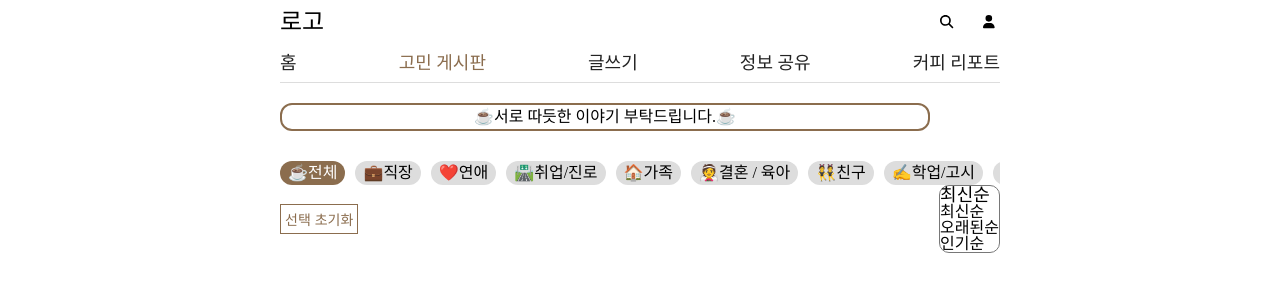
Repository: zlazlazla35/coffee
Page: /list
These files come from the project's save history. The page is drawn as it stood at one moment and after the next save; the edit follows.
The browser window is 1280 px wide. The pictures show the whole page.
Some web fonts or font styles are not loaded; a fallback is used. The project was rebuilt for these pictures with package versions that can differ from the ones it lists, and the page was loaded fresh each time. The framework's server and built-in components were replaced by stand-ins that run in the browser. Also part of the build but not shown: next.config.mjs.

Above is the page before, as saved 2024-12-26 18:25:05.

### src/app/layout.js
import { Geist, Geist_Mono } from "next/font/google";
import "./globals.css";
import Link from "next/link";
import { FontAwesomeIcon } from '@fortawesome/react-fontawesome'
import { faMagnifyingGlass, faUser } from '@fortawesome/free-solid-svg-icons'
import NavMenu from "./component/NavMenu";

const geistSans = Geist({
  variable: "--font-geist-sans",
  subsets: ["latin"],
});

const geistMono = Geist_Mono({
  variable: "--font-geist-mono",
  subsets: ["latin"],
});

export const metadata = {
  title: "Create Next App",
  description: "Generated by create next app",
};

export default function RootLayout({ children }) {
  return (
    <html lang="en">
      <body className={`${geistSans.variable} ${geistMono.variable}`}>
        <div className="nav_bar">
          <div className="nav_bar_top">
            <Link className="logo" href={'/'}>로고</Link>
            <div className="userBox">
              <button>
                <FontAwesomeIcon icon={faMagnifyingGlass} />
              </button>
              <button>
                <FontAwesomeIcon icon={faUser} />
              </button>
            </div>
          </div>
          <div className="nav_bar_bottom">
          <NavMenu></NavMenu>
          </div>
        </div>
        {children}
      </body>
    </html>
  );
}

### src/app/list/page.js
'use client'
import { useState } from "react"

export default function List() {
    let [tagList, setTagList] = useState(['☕전체', '💼직장', '❤️연애', '🛣️취업/진로', '🏠가족', '👰결혼 / 육아', '👯친구', '✍️학업/고시', '🚫중독', '💰사업 / 금전', '💉질병 / 질환']);
    let [tagActive, setTagActive] = useState([true, false, false, false, false, false, false, false, false, false, false])







    return (
        <div className="liset_page">
            <div className="top_border">
                ☕서로 따듯한 이야기 부탁드립니다.☕
            </div>
            <div className="tag">
                <ul className="tag_list">
                    {
                        tagList.map((item, i) => {

                            return (
                                <li className={tagActive[i] == true ? 'on' : null} key={i} onClick={(e) => {
                                    let copy = [...tagActive];

                                    if (copy[i] == false) {
                                        copy[i] = true;
                                        setTagActive(copy);
                                    } else {
                                        copy[i] = false;
                                        setTagActive(copy);
                                    }

                                    if (e.target.innerHTML !== '☕전체') {
                                        copy[0] = false;
                                        setTagActive(copy);
                                    } else {
                                        let copy2 = [true, false, false, false, false, false, false, false, false, false, false];
                                        setTagActive(copy2);
                                    }
                                }} >{item}</li>
                            )
                        })
                    }
                </ul>
            </div>
            <div className="filterBox">
                <button className="tag_reset">선택 초기화</button>
                <div className="filterSelectBox">
                    <h2 className="title">최신순</h2>
                    <ul className="filterSelect">
                        <li>최신순</li>
                        <li>오래된순</li>
                        <li>인기순</li>
                    </ul>
                </div>
            </div>
        </div>
    )
}

//

### src/app/globals.css
@font-face {
    font-family: 'Ownglyph_StudyHard-Rg';
    src: url('https://fastly.jsdelivr.net/gh/projectnoonnu/2411-3@1.0/Ownglyph_StudyHard-Rg.woff2') format('woff2');
    font-weight: normal;
    font-style: normal;
}
/* /styles/reset.css */
body {font-family: 'Ownglyph_StudyHard-Rg' !important;}
html, body, div, span, applet, object, iframe,
h1, h2, h3, h4, h5, h6, p, blockquote, pre,
a, abbr, acronym, address, big, cite, code,
del, dfn, em, img, ins, kbd, q, s, samp,
small, strike, strong, sub, sup, tt, var,
b, u, i, center,
dl, dt, dd, ol, ul, li,
fieldset, form, label, legend,
table, caption, tbody, tfoot, thead, tr, th, td,
article, aside, canvas, details, embed,
figure, figcaption, footer, header, hgroup,
menu, nav, output, ruby, section, summary,
time, mark, audio, video {
	margin: 0;
	padding: 0;
	border: 0;
	font-size: 100%;
	font: inherit;
	vertical-align: baseline;
}
/* HTML5 display-role reset for older browsers */
article, aside, details, figcaption, figure,
footer, header, hgroup, menu, nav, section {
	display: block;
}
body {
	line-height: 1;
}
ol, ul {
	list-style: none;
}
blockquote, q {
	quotes: none;
}
blockquote:before, blockquote:after,
q:before, q:after {
	content: '';
	content: none;
}
table {
	border-collapse: collapse;
	border-spacing: 0;
}
input:focus {outline: none;}
a {text-decoration: none; color: inherit;}


.nav_bar {width: 100%; max-width: 720px; margin: 0 auto;}
.nav_bar .nav_bar_top {width: 100%; display: flex; align-items: center; justify-content: space-between; box-sizing: border-box; padding: 10px 0; }
.nav_bar .nav_bar_top .logo {font-size: 24px; }
.nav_bar .nav_bar_top .userBox {display: flex; align-items: center;}
.nav_bar .nav_bar_top .userBox button {width: 22px; display: block; background: none; border: none; padding: 0;}
.nav_bar .nav_bar_top .userBox button {margin-right: 20px;}
.nav_bar .nav_bar_top .userBox button:last-child {margin-right: 0;}
.nav_bar .nav_bar_bottom {width: 100%; }
.nav_bar .nav_bar_bottom .nav_list {display: flex; align-items: center; justify-content: space-between; box-sizing: border-box; padding: 10px 0; border-bottom: 1px solid #ddd;}
.nav_bar .nav_bar_bottom .nav_list li { font-size: 18px; color: #232323; }
.nav_bar .nav_bar_bottom .nav_list li a.active {color: #8b6d4e; }


.liset_page {width: 100%; max-width: 720px; margin: 0 auto;}
.liset_page .top_border {width: 100%; max-width: 650px; border: 2px solid #8b6d4e; border-radius: 12px; display: flex; align-items: center; justify-content: center; font-size: 16px; box-sizing: border-box; padding: 4px; margin: 20px 0 30px;}
.liset_page .tag {width: 100%;}
.liset_page .tag .tag_list {width: 100%; display: flex; align-items: center; white-space: nowrap; overflow-x: scroll;}
.liset_page .tag .tag_list::-webkit-scrollbar {height: 8px;}
.liset_page .tag .tag_list::-webkit-scrollbar-thumb {background: #a89f96; border-radius: 10px; }
.liset_page .tag .tag_list::-webkit-scrollbar-track {background: rgba(123, 87, 8, 0.1); }
.liset_page .tag .tag_list li {background: #ddd; font-size: 16px; box-sizing: border-box; padding: 4px 8px; border-radius: 12px; margin-right: 10px; cursor: pointer;}
.liset_page .tag .tag_list li:last-child {margin-right: 0;}
.liset_page .tag .tag_list li.on {background: #8b6d4e; color: #fff;}
.liset_page .filterBox {width: 100%; display: flex; align-items: center; justify-content: space-between;}
.liset_page .filterBox .filterSelectBox {display: inline-block; position: relative; border: 1px solid #787878; border-radius: 10px;}
.liset_page .filterBox .filterSelectBox .title {font-size: 18px;}


.liset_page .filterBox .tag_reset{display: inline-block; box-sizing: border-box; padding: 4px; border: 1px solid #8b6d4e; background: none; color: #8b6d4e; font-size: 14px; }

### src/app/component/NavMenu.js
'use client'

import Link from "next/link";
import { usePathname } from "next/navigation";

export default function NavMenu() {
    const pathname = usePathname();

    return (
        <ul className="nav_list">
            <li>
                <Link href={'/'}>홈</Link>
            </li>
            <li>
                <Link className={pathname == '/list'? 'active' : null} href={'/list'}>고민 게시판</Link>
            </li>
            <li>
                <Link className={pathname == '/writing'? 'active' : null} href={'/writing'}>글쓰기</Link>
            </li>
            <li>
                <Link className={pathname == '/share'? 'active' : null} href={'/share'}>정보 공유</Link>
            </li>
            <li>
                <Link className={pathname == '/report'? 'active' : null} href={'/report'}>커피 리포트</Link>
            </li>
        </ul>
    )
}

After the next save:
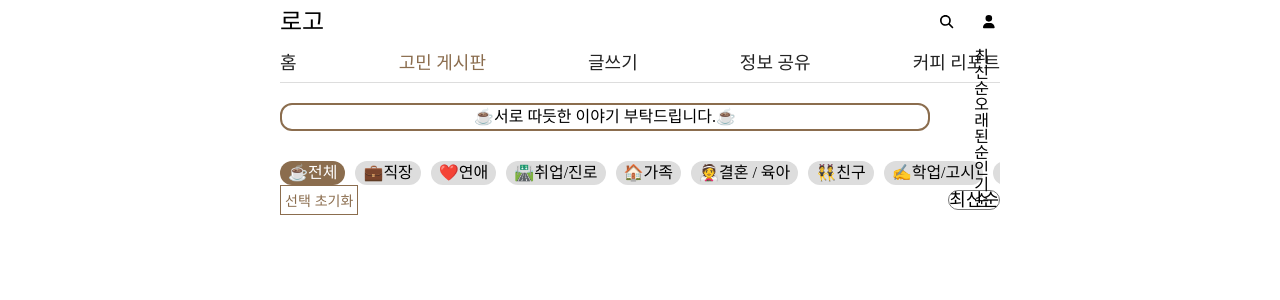
Saved 16 s later.
--- a/src/app/globals.css
+++ b/src/app/globals.css
@@ -79,6 +79,6 @@ a {text-decoration: none; color: inherit;}
 .liset_page .filterBox {width: 100%; display: flex; align-items: center; justify-content: space-between;}
 .liset_page .filterBox .filterSelectBox {display: inline-block; position: relative; border: 1px solid #787878; border-radius: 10px;}
 .liset_page .filterBox .filterSelectBox .title {font-size: 18px;}
-
+.liset_page .filterBox .filterSelectBox .filterSelect {position: absolute; left: 50%; bottom: 0;}
 
 .liset_page .filterBox .tag_reset{display: inline-block; box-sizing: border-box; padding: 4px; border: 1px solid #8b6d4e; background: none; color: #8b6d4e; font-size: 14px; }
